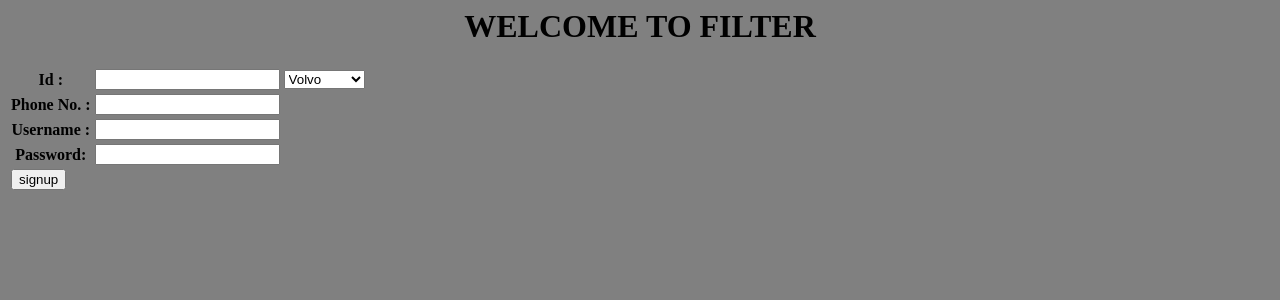
Repository: talkgunish/JAVA-WORLD
Page: advance_java/my_eclipse_java_proj/cookie_session/Filter/WebContent/signup.html
The author's editor kept a copy of each file at every save. The page is drawn from the files as they stood at one save, then again after the next save.
The browser window is 1280 px wide. The pictures show the whole page.

Above is the page before, as saved 2018-06-21 08:52:48.

After the next save:
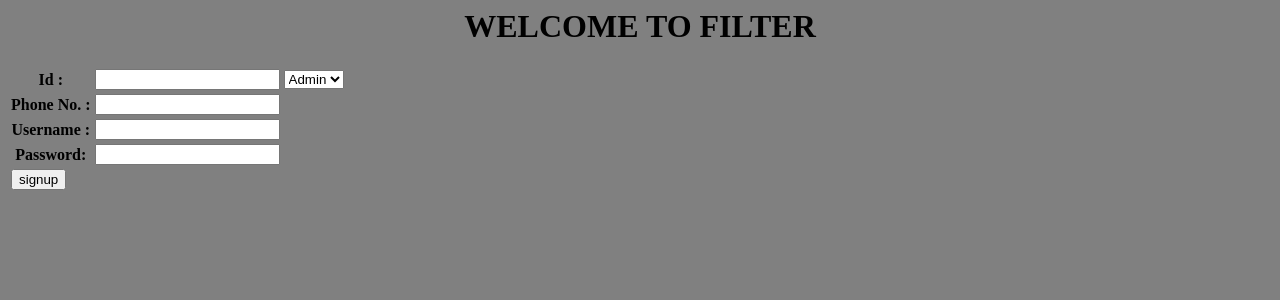
Saved 29 s later.
--- a/advance_java/my_eclipse_java_proj/cookie_session/Filter/WebContent/signup.html
+++ b/advance_java/my_eclipse_java_proj/cookie_session/Filter/WebContent/signup.html
@@ -12,11 +12,8 @@
 <tr><th>Id :</th>
 <td> <input type="text" name="id"></td>
 <td> <select>
-  <option value="volvo">Volvo</option>
-  <option value="saab">Saab</option>
-  <option value="mercedes">Mercedes</option>
-  <option value="audi">Audi</option>
-</select></tr>
+  <option value="volvo">Admin</option>
+  <option value="saab">User</option></select></tr>
 <tr><th>Phone No. : </th>
 <td><input type="text" name="phone"></td></tr>
 <tr><th>Username :</th>
